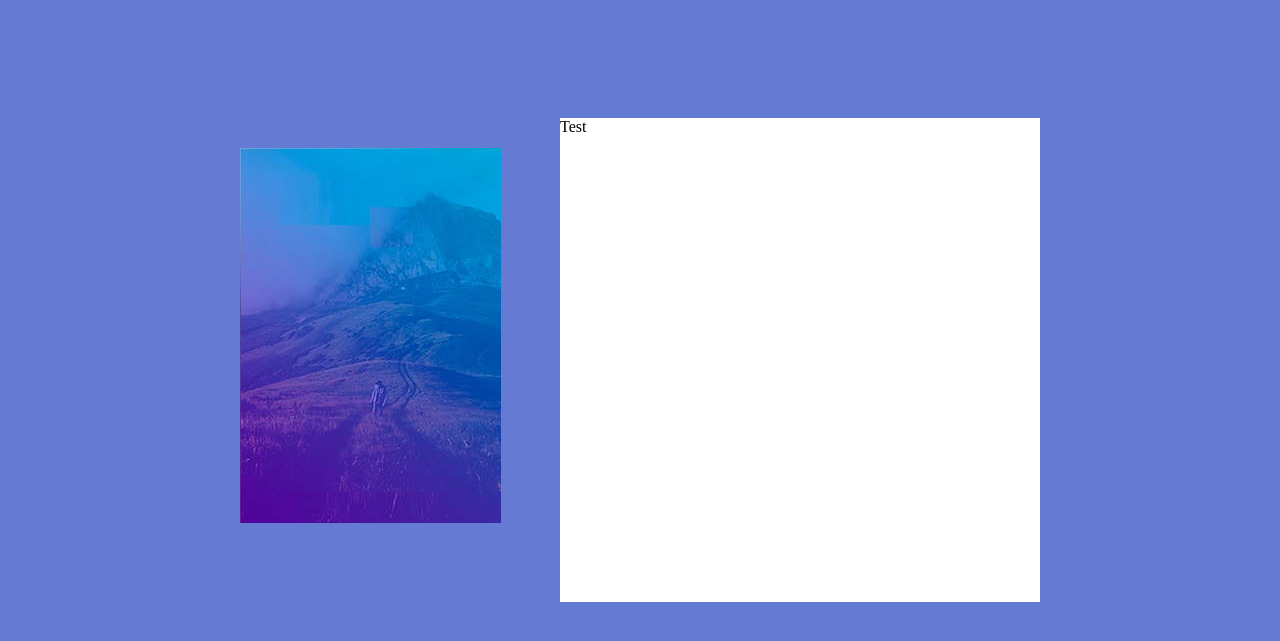
Repository: RugileG/registracijos-forma
Page: index.html
The author's editor kept a copy of each file at every save. The page is drawn from the files as they stood at one save, then again after the next save.
The browser window is 1280 px wide. The pictures show the whole page.

Above is the page before, as saved 2021-05-17 11:56:07.

### index.html
<!DOCTYPE html>
<html lang="en">
<head>
    <meta charset="UTF-8">
    <meta http-equiv="X-UA-Compatible" content="IE=edge">
    <meta name="viewport" content="width=device-width, initial-scale=1.0">
    <title>Registracija</title>
    <style>

        html {
            height: 100%;
        }

        body {
            max-width: 800px;
            min-height: 100%;
            margin: 0 auto;
            position: relative;
            background-color: #657AD3;
        }

        .container {
            width: 100%;
            position: absolute;
            top: 50%;
            transform: translateY(-50%);
        }

        .left-column, .right-column {
            float:left;
            height: 484px;
        }

        .left-column {
            width: 40%;
            background-color: transparent;
        }

        .right-column {
            width: 60%;
            background-color: #FFFFFF ;
        }

        .left-column-container {
            display: block;
            height: 424px;
            background-color: red;
            margin-top: 30px;
            background: transparent url('img/mountain.png') 0% 0% no-repeat padding-box;
            background
        }


    </style>
</head>
<body>
    <div class='container'>
        <div class='left-column'>
            <div class='left-column-container'>

            </div>
        </div>
        <div class='right-column'>Test</div>
    </div>
</body>
</html>

After the next save:
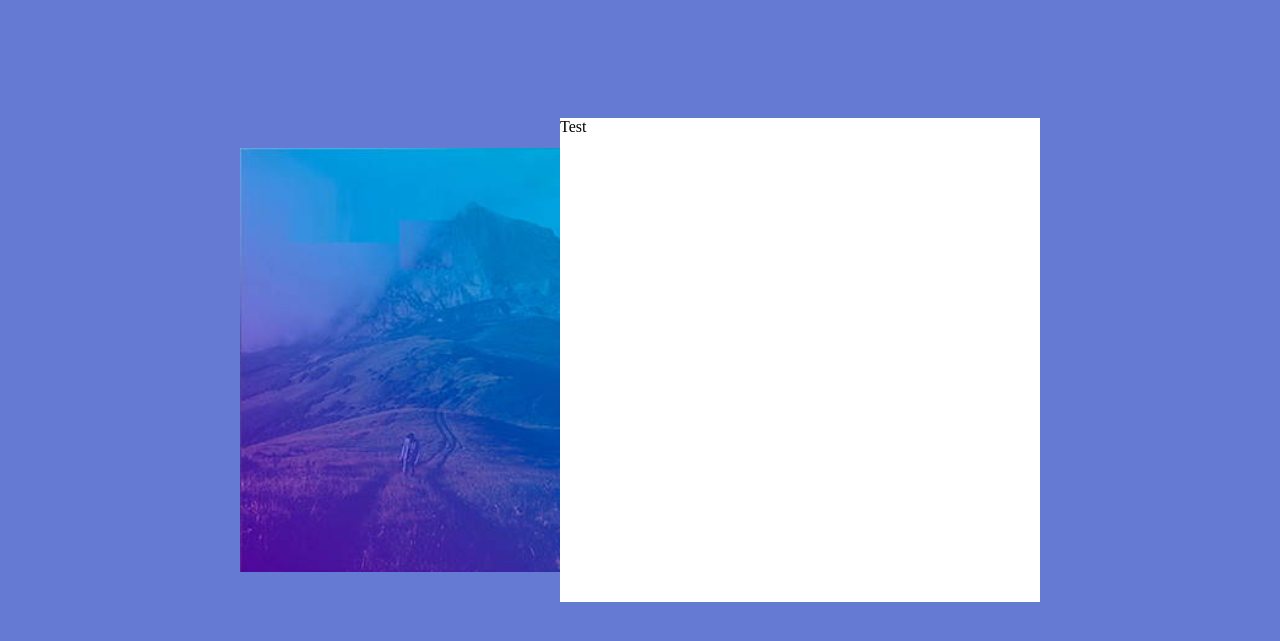
Saved 7 s later.
--- a/index.html
+++ b/index.html
@@ -47,7 +47,7 @@
             background-color: red;
             margin-top: 30px;
             background: transparent url('img/mountain.png') 0% 0% no-repeat padding-box;
-            background
+            background-size: cover;
         }
 
 
